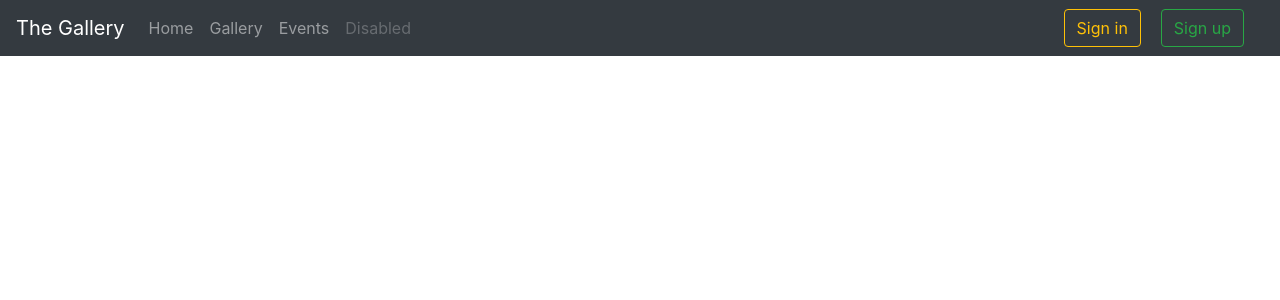
Repository: caramelsyrup/SpringProject1
Page: http://localhost/gallery/resources/includes/header.jsp
An editor plug-in stored every save of this project. The page is shown before and after the next save, followed by the edit.
The browser window is 1280 px wide. The pictures show the whole page.
The page is served by Tomcat 9. Nobody is signed in. The application's start-up code is not run.

Above is the page before, as saved 2020-11-18 00:32:42.

After the next save:
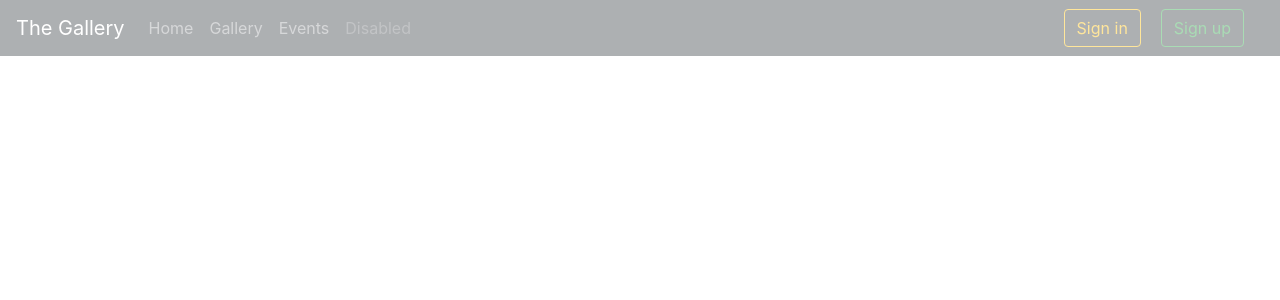
Saved 21 min 56 s later.
--- a/gallery/src/main/webapp/resources/includes/header.jsp
+++ b/gallery/src/main/webapp/resources/includes/header.jsp
@@ -18,7 +18,7 @@
 <body class="d-flex flex-column h-100">
     <header>
   <!-- Fixed navbar -->
-  <nav class="navbar navbar-expand-md navbar-dark fixed-top bg-dark">
+  <nav class="navbar navbar-expand-md navbar-dark fixed-top bg-dark" style="opacity: 0.4;">
     <a class="navbar-brand" href="/">The Gallery</a>
     <button class="navbar-toggler" type="button" data-toggle="collapse" data-target="#navbarCollapse" aria-controls="navbarCollapse" aria-expanded="false" aria-label="Toggle navigation">
       <span class="navbar-toggler-icon"></span>
